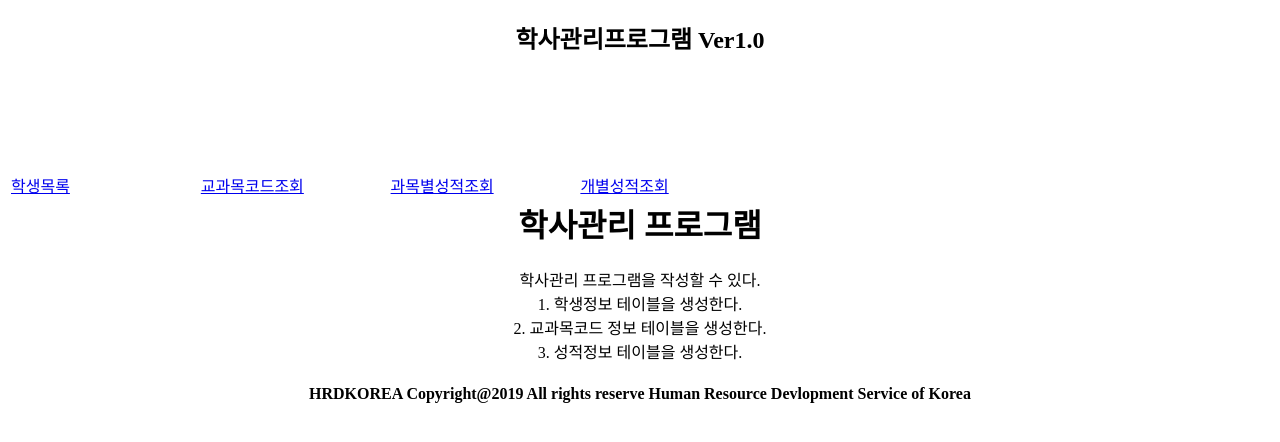
Repository: DDoeDDoe32/sw5
Page: http://localhost/test10/
These files come from the project's save history. The page is drawn as it stood at one moment and after a run of saves; the edit follows.
The browser window is 1280 px wide. The pictures show the whole page.
The page is served by Tomcat 9.

Above is the page before, as saved 2019-05-18 05:21:59.

After the next 2 saves:
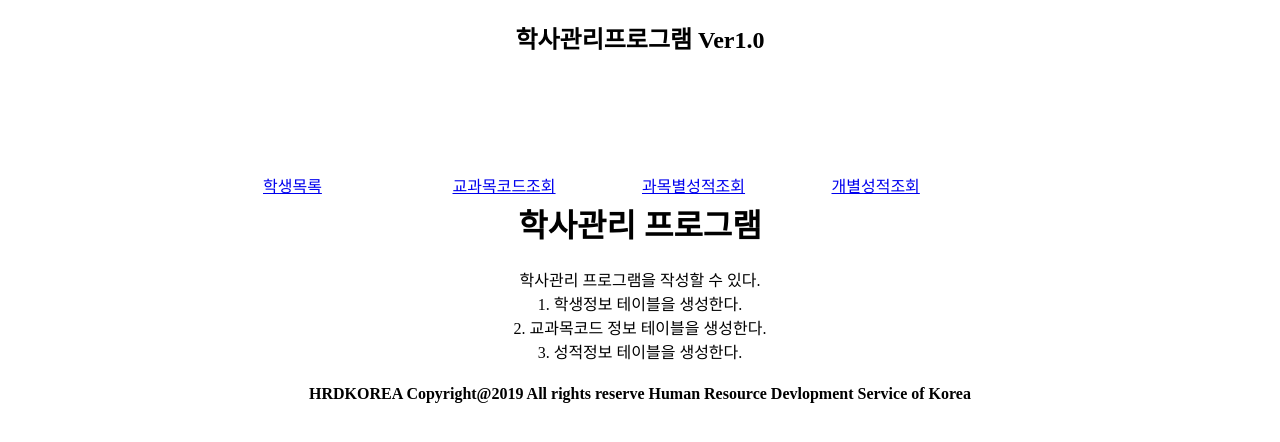
The 2 saves are shown as one change because they came seconds apart.
The last was saved 86 s later.
--- a/실습파일/test10/WebContent/main_nav.jsp
+++ b/실습파일/test10/WebContent/main_nav.jsp
@@ -4,11 +4,12 @@
 <center>
 <table width="100%" align="left">
 	<tr>
+		<td width="20%">&nbsp;</td>
 		<td width="15%"><a href="a.jsp">학생목록</a>
 		<td width="15%"><a href="a.jsp">교과목코드조회</a>
 		<td width="15%"><a href="a.jsp">과목별성적조회</a>
 		<td width="15%"><a href="a.jsp">개별성적조회</a></td>
-		<td width="40%">&nbsp;</td>
+		<td width="20%">&nbsp;</td>
 	</tr>
 </table>
 </center>
